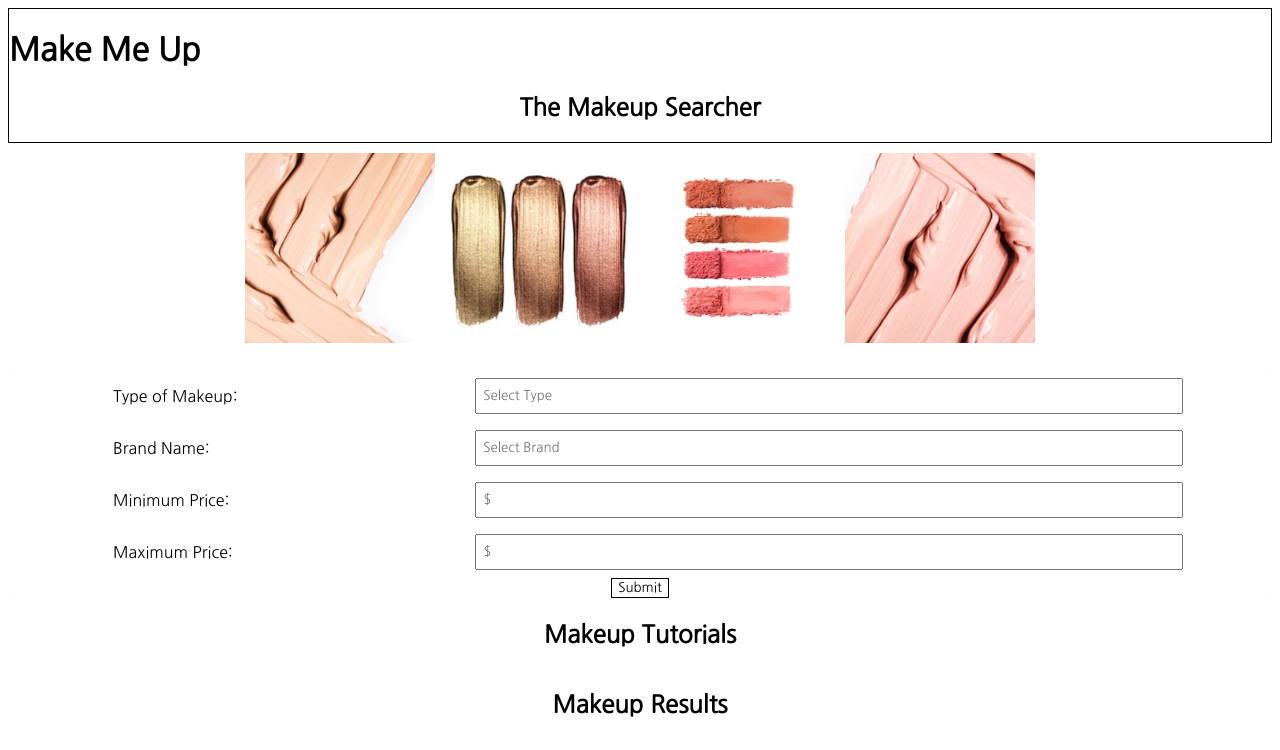
Repository: kaitlynMidori/MakeMeUp
Page: index.html
These files come from the project's save history. The page is drawn as it stood at one moment and after the next save; the edit follows.
The browser window is 1280 px wide. The pictures show the whole page.

Above is the page before, as saved 2020-12-11 12:41:13.

### index.html
<!DOCTYPE html>
<html lang="en">

<head>
    <meta charset="utf-8">
    <meta name="viewport" content="width=device-width">
    <title>Make Me Up</title>
    <link href="style.css" rel="stylesheet" type="text/css" />
    <link rel="preconnect" href="https://fonts.gstatic.com">
    <link href="https://fonts.googleapis.com/css2?family=Nanum+Gothic&display=swap" rel="stylesheet">
</head>

<body>

    <header>
        <h1>Make Me Up</h1>
        <h2>The Makeup Searcher</h2>
    </header>

    <div id="img-container" class="img" style="padding: 5px;">
        <img src="images/smear1.png" alt="eyeshadow smear" height="200" width="200" style="padding: 5px;">
        <img src="images/smear2.png" alt="lipstick smear" height="200" width="200" style="padding: 5px;">
        <img src="images/smear4.jpg" alt="concealer smear" height="200" width="200" style="padding: 5px;">
        <img src="images/smear3.png" alt="blush smear" height="200" width="200" style="padding: 5px;">
    </div>

    <div class="form-container">
        <form id="js-form">
            <ul class="formWrapper">
                <li class= "form-row">
                    <label class="search-term" for="product-type">Type of Makeup:</label>
                    <input class="product-type input" type="text" name="product-type" id="product-type" placeholder="Select Type" list="product-type-list">
                    <datalist id="product-type-list">
                        <option value="Blush">
                        <option value="Bronzer">
                        <option value="Eyebrow">
                        <option value="Eyeliner">
                        <option value="Eyeshadow">
                        <option value="Foundation">
                        <option value="Lip Liner">
                        <option value="Lipstick">
                        <option value="Mascara">
                        <option value="Nail Polish">
                    </datalist>
                </li>

                <li class="form-row">
                    <label class="search-term" for="brand">Brand Name:</label>
                    <input class="brand input" type="text" name="brand" id="brand" placeholder="Select Brand" list="brand-list">
                    <datalist id="brand-list">
                        <option value="Almay">
                        <option value="Alva">
                        <option value="Anna Sui">
                        <option value="Annabelle">
                        <option value="Benefit">
                        <option value="Boosh">
                        <option value="Burt's Bees">
                        <option value="Butter London">
                        <option value="C'est Moi">
                        <option value="Cargo Cosmetics">
                        <option value="China Glaze">
                        <option value="Clinique">
                        <option value="Coastal Classic Creation">
                        <option value="Colourpop">
                        <option value="Covergirl">
                        <option value="Dalish">
                        <option value="Deciem">
                        <option value="Dior">
                        <option value="Dr. Hauschka">
                        <option value="e.l.f">
                        <option value="Essie">
                        <option value="Fenty">
                        <option value="Glossier">
                        <option value="Green People">
                        <option value="Iman">
                        <option value="L'oreal">
                        <option value="Lotus Cosmetics USA">
                        <option value="Maia's Mineral Galaxy">
                        <option value="Marcelle">
                        <option value="Marienatie">
                        <option value="Maybelline">
                        <option value="Milani">
                        <option value="Mineral Fusion">
                        <option value="Misa">
                        <option value="Mistura">
                        <option value="Moov">
                        <option value="Nudus">
                        <option value="NYX">
                        <option value="ORLY">
                        <option value="Pacifica">
                        <option value="Penny Lane Organics">
                        <option value="Physicians Formula">
                        <option value="Piggy Paint">
                        <option value="Pure Anada">
                        <option value="Rejuva Minerals">
                        <option value="Revlon">
                        <option value="Sally B's Skin Yummies">
                        <option value="Salon Perfect">
                        <option value="Sante">
                        <option value="Sinful Colours">
                        <option value="Smashbox">
                        <option value="Stila">
                        <option value="Suncoat">
                        <option value="w3llpeople">
                        <option value="wet n wild">
                        <option value="Zorah">
                        <option value="Zorah Biocosmetiques">
                    </datalist>
                </li>

                <li class="form-row">
                    <label class="search-term" for="min-price-input">Minimum Price:</label>
                    <input class="min-price input" type="number" name="min-price" id="min-price-input" placeholder="$">
                </li>

                <li class="form-row">
                    <label class="search-term" for="max-price-input">Maximum Price:</label>
                    <input class="max-price input" type="number" name="max-price" id="max-price-input" placeholder="$">
                </li>

                <li class="button">
                    <input id="submit-btn" type="submit" value="Submit">
                </li>
            </ul>
        </form>
    </div>


        <p id="js-error-message" class="error-message"></p>

        <section id="yt-results" class="hidden">
            <h2>Makeup Tutorials</h2>
            <ul id="yt-results-list">
            </ul>
        </section>
    <div id="results-container" class="hidden">
        <h2>Makeup Results</h2>
            <ul id="results-list">
            </ul>
    </div>

    <script src="https://code.jquery.com/jquery-3.3.1.js" integrity="sha256-2Kok7MbOyxpgUVvAk/HJ2jigOSYS2auK4Pfzbm7uH60=" crossorigin="anonymous"></script>
    <script src="script.js"></script>

</body>

</html>

### style.css
* {
    box-sizing: border-box;
}

hidden {
    display: none;
}

* {
    font-family: 'Nanum Gothic', sans-serif;
    color: black;
}

/* header styling */
header {
    background-color: white;
    border-style: solid;
    border-width: thin;
    border-color: black;
}

h2 {
    text-align: center;
}

/* Body styling */
body {
    background-color: white;
}

/* Image styling */

#img-container {
    display: flex;
    flex-direction: row;
    flex-wrap: nowrap;
    justify-content: center;
}

/* Form styling */
.formWrapper {
    background-color: white;
    list-style-type: none;
    padding: 0;
    border-style: solid;
    border-width: thin;
    border-color: #fbfefb;
}

.form-row {
    display: flex;
    justify-content: center;
    padding: .5em;
}

.form-row >label {
    padding: .5em 1em .5em 6em;
    flex: 1;
}

.form-row > input {
    margin-right: 6em;
    flex: 2;
}

.form-row > input,
.form-row > button {
    padding: .5em;
}

.button {
    display: flex;
    justify-content: center;
}

#submit-btn {
    background-color: white;
    color: black;
    border-style: solid;
    border-width: thin;
    border-color: black;
}

/* results styling */


#results-list{
    display: flex;
    flex-wrap: wrap;
    justify-content: center;
    font-size: 12px;
}

.each-product-result {
    padding-left: 7px;
    list-style-type: none;
    background-color: white;
    border: lightgray;
    border-style: solid;
    border-width: thin;
    width: 200px;
}

.each-product-result > .product-name {
    display: block;
    margin-right: auto;
    margin-left: auto;
    font-size: 12px;
    width: 160px;
}

.each-product-result > .product-img {
    display: block;
    border: white;
    border-style: solid;
    border-width: thin;
    margin-left: auto;
    margin-right: auto;
    height: 150px;
    width: 150px;
}

.each-product-result > .product-price {
    font-style: italic;
}

.each-product-result > .product-description {
    font-size: 12px;
    font-weight: lighter;
    width: 180px;
}

/* YouTube video Styling */

#yt-results-list {
    display: flex;
    flex-wrap: wrap;
    justify-content: center;
    font-size: 12px;
}

.each-yt-result {
    padding-left: 7px;
    list-style-type: none;
    background-color: white;
    border: lightgray;
    border-style: solid;
    border-width: thin;
    width: 200px;
}

.each-yt-result > .yt-title {
    display: block;
    margin-left: auto;
    margin-left: auto;
}

.each-yt-result > .yt-description {
    font-size: 12px;
    width: 180px;
}

.each-yt-result > .yt-thumbnails {
    display: block;
    border: white;
    border-style: solid;
    border-width: thin;
    margin-left: auto;
    margin-right: auto;
    height: 130px;
    width: 150px;
}

### script.js
 'use strict';

const makeupURL = 'https://makeup-api.herokuapp.com/api/v1/products.json';

//watch form
//prevent submit btn default
//collect values for user input
function watchForm() {
    $('form').submit(event => {
        event.preventDefault();
        const searchTerm = $('#product-type').val();
        const brand = $('#brand').val();
        const minPrice = $('#min-price-input').val();
        const maxPrice = $('#max-price-input').val();
        getMakeUp(searchTerm, brand, minPrice, maxPrice);
        getYoutubeVideo(searchTerm, brand);
    });
}

//format url
function formatQueryParams(params) {
    const queryItems = Object.keys(params)
        .map(key => `${encodeURIComponent(key)}=${encodeURIComponent(params[key])}`)
    return queryItems.join('&');
}

function getMakeUp(searchTerm, brand, minPrice, maxPrice) {
    const params = {
        product_type: searchTerm,
        brand: brand,
        price_greater_than: minPrice,
        price_less_than: maxPrice,
    };

    const queryString = formatQueryParams(params)
    const url = makeupURL + '?' + queryString;
    console.log(url);

    fetch(url)
        .then(response => {
            if (response.ok) {
                return response.json();
            }
            throw new Error(response.statusText);
        })
        .then(responseJson => displayResults(responseJson))
        .catch(err => {
            $('#js-error-message').text(`Something went wrong: ${err.message}`);
        });
}

function displayResults(responseJson) {
    // if there are previous results, remove them
    console.log(responseJson);
    $('#results-list').empty();

    //if there are no results, display a msg
    if (!Object.keys(responseJson).length) {
        $('#results-list').append(`<h2>Sorry, No Products Found For That Make-Up and/or Brand</h2>`);
    }
    // iterate through the items array
    for (let i = 0; i < responseJson.length; i++) {

        // for each makeup object in the items array, add a list item to the results
        //list with the full name, img, price, description, url
        $('#results-list').append(
            `<li class="each-product-result">
      <h3 class="product-name">${responseJson[i].name}</h3>
      <img class="product-img" src="${responseJson[i].image_link}">

      <br>

      <p class="product-price">$${responseJson[i].price}</p>
      <p class="product-description">${responseJson[i].description}</p>
      </li>`
        )
    };

    //display the results section
    $('#results').removeClass('hidden');

    //clear input after results load
    $('#product-type').val('')
    $('#brand').val('')
    $('#min-price-input').val('');
    $('#max-price-input').val('');
};

$(watchForm);

// *****************Youtube video portion**************************************

const youtubeURL = 'https://www.googleapis.com/youtube/v3/search';

function getYoutubeVideo(searchTerm, brand) {
 const params = {
    part:'snippet',
    key:'AIzaSyDLTkOknlkbRK8xtwwM4HzWWfjG2awJktI',
    q: searchTerm + brand + ' makeup',
    maxResults: 6,
    type: 'video',
    order: 'Relevance',
    safeSearch: 'strict',
    relevanceLanguage: 'en'
  };

  const queryString = formatQueryParams(params)
  const url = youtubeURL + '?' + queryString;
  console.log(url);

  fetch(url)
    .then(response => {
      if (response.ok) {
        return response.json();
      }
      throw new Error(response.statusText);
    })
    .then(responseJson => displayYoutubeResults(responseJson))
    .catch(err => {
      $('#js-error-message').text(`Something went wrong: ${err.message}`);
    });
}

function displayYoutubeResults(responseJson) {
  console.log(responseJson);

  $('#yt-results-list').empty();

  if(!Object.keys(responseJson.items).length){
    $('#yt-results-list').append(`<h2>Sorry, No Videos Found For That Make-Up and/or Brand</h2>`);
  }

  for (let i = 0; i < responseJson.items.length; i++){
    $('#yt-results-list').append(
      `<li class= "each-yt-result">
      <a href="https://www.youtube.com/watch?v=${responseJson.items[i].id.videoId}?vq=hd1080" target=_blank>
        <h3>${responseJson.items[i].snippet.title} class="yt-title"</h3>
      </a>
      <a href="https://www.youtube.com/watch?v=${responseJson.items[i].id.videoId}?vq=hd1080" class= "yt-thumbnails" target=_blank>
        <img src="${responseJson.items[i].snippet.thumbnails.default.url}">
      </a>

      <p>Channel: <a href="https://www.youtube.com/channel/${responseJson.items[i].snippet.channelId}" class="yt-channel" target=_blank>${responseJson.items[i].snippet.channelTitle}</a></p>

      <p>${responseJson.items[i].snippet.description}</p>

      </li>`)
  };

  $('#yt-results').removeClass('hidden');
};

After the next save:
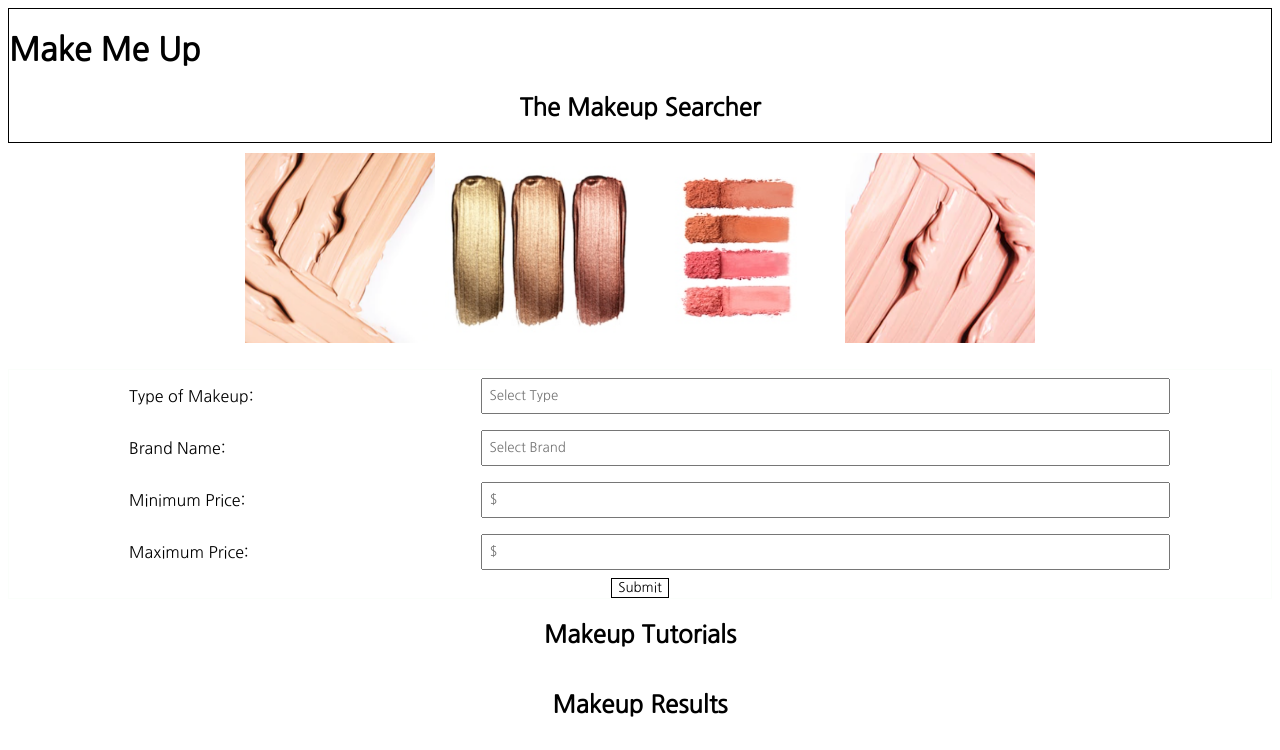
Saved 11 s later.
--- a/style.css
+++ b/style.css
@@ -54,12 +54,12 @@ body {
 }
 
 .form-row >label {
-    padding: .5em 1em .5em 6em;
+    padding: .5em 1em .5em 7em;
     flex: 1;
 }
 
 .form-row > input {
-    margin-right: 6em;
+    margin-right: 7em;
     flex: 2;
 }
 
